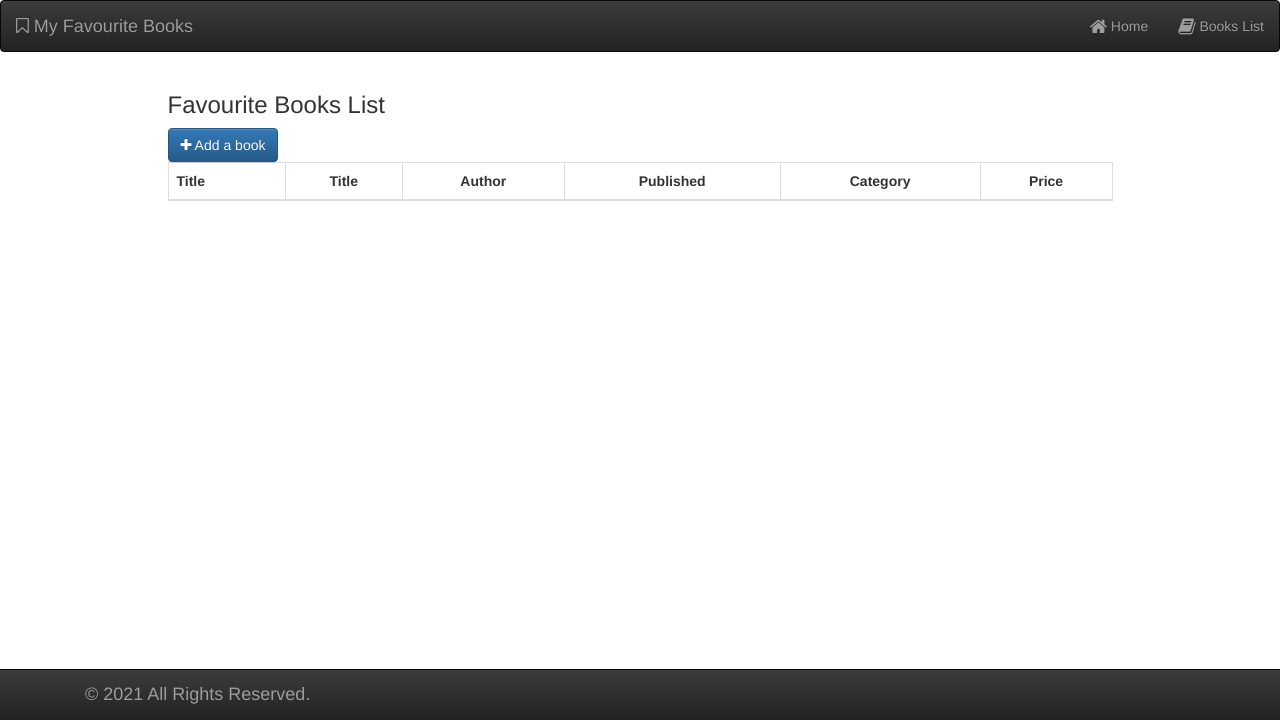
Repository: Ann8002/COMP229-F2021-MidTerm
Page: http://localhost/books
The author's editor kept a copy of each file at every save. The page is drawn from the files as they stood at one save, then again after the next save.
The browser window is 1280 px wide. The pictures show the whole page.
The page is served by the project's Node server (server.js). Other server files are loaded and not shown. Queries for data that is not in the repository find no rows.

Above is the page before, as saved 2021-10-28 01:29:40.

### server/views/books/index.ejs
<%- include('../partials/header.ejs'); %>

    <!-- MAIN CONTENT -->
    <div class="container">
      <div class="row">
        <div class="col-md-offset-1 col-md-10">
          <h3>Favourite Books List </h3>
          <!-- ------------------------ -->
          <!-- FIX THE ADD BUTTON BELOW -->
          <!-- ------------------------ -->
          <a href="" class="btn btn-primary"><i class="fa fa-plus"></i> Add a book</a>
          <br>
          <div class="table-responsive">
            <table class="table table-bordered table-striped table-hover">
              <thead>
                <tr>
                  <th>Title</th>
                  <th class="text-center">Title</th>
                  <th class="text-center">Author</th>
                  <th class="text-center">Published</th>
                  <th class="text-center">Category</th>
                  <th class="text-center">Price</th>
                </tr>
                </thead>
                <tbody>
                <!-- Template Row -->
                <% for (let count = 0; count < books.length; count++) { %>
                <tr>
                  <td><%= books[count].Title %></td>
                  <td class="text-center">$<%= books[count].Price %></td>
                  <td class="text-center"><%= books[count].Author %></td>
                  <td class="text-center"><%= books[count].Genre %></td>

                  <td class="text-center">
                    <!-- ------------------------ -->
                    <!-- ADD the EDIT BUTTON HERE -->
                    <!-- ------------------------ -->
                  </td>

                  <td class="text-center">
                    <!-- ------------------------ -->
                    <!-- ADD the DELETE BUTTON HERE -->
                    <!-- ------------------------ -->
                  </td>
                </tr>
                <% } %>
              </tbody>
            </table>
          </div>
           <div class="col-md-offset-1 col-md-10 text-center">
            <ul class="pagination pagination-lg pager" id="myPager"></ul>
          </div>
        </div>
      </div>
    </div>

<%- include('../partials/footer.ejs'); %>

### server/views/partials/header.ejs
<!DOCTYPE html>
<html lang="en">
  <head>
    <meta charset="utf-8">
    <meta name="viewport" content="width=device-width, initial-scale=1">
    <title><%= title %></title>
    <!-- CSS SECTION -->
    <link rel="stylesheet" href="/Scripts/lib/bootstrap/dist/css/bootstrap.min.css">
    <link rel="stylesheet" href="/Scripts/lib/bootstrap/dist/css/bootstrap-theme.min.css">
    <link rel="stylesheet" href="/Scripts/lib/font-awesome/css/font-awesome.min.css">
    <link rel='stylesheet' href='/Content/app.css' />
  </head>
  <body>

  <nav class="navbar navbar-inverse" role="navigation">
    <!-- Brand and toggle get grouped for better mobile display -->
    <div class="navbar-header">
      <button type="button" class="navbar-toggle" data-toggle="collapse" data-target=".navbar-ex1-collapse">
        <span class="sr-only">Toggle navigation</span>
        <span class="icon-bar"></span>
        <span class="icon-bar"></span>
        <span class="icon-bar"></span>
      </button>
      <a class="navbar-brand" href="/"><i class="fa fa-bookmark-o"></i> My Favourite Books</a>
    </div>

    <!-- Collect the nav links, forms, and other content for toggling -->
    <div class="collapse navbar-collapse navbar-ex1-collapse">
      <ul class="nav navbar-nav navbar-right">
        <% if(title == "Home") { %>
          <li class="active"><a href="/"><i class="fa fa-home fa-lg"></i> Home</a></li>
        <% } else { %>
          <li><a href="/"><i class="fa fa-home fa-lg"></i> Home</a></li>
        <% } %>

          <% if(title == "books") { %>
          <li class="active"><a href="/books"><i class="fa fa-book fa-lg">
          </i> Books List</a></li>
          <% } else { %>
            <li><a href="/books"><i class="fa fa-book fa-lg">
            </i> Books List</a></li>
          <% } %>

      </ul>
    </div><!-- /.navbar-collapse -->
  </nav>

### server/views/partials/footer.ejs

<nav class="navbar navbar-inverse navbar-fixed-bottom">
  <div class="container">
    <h4  class="navbar-text">&copy; 2021 All Rights Reserved.</h4>
  </div>
</nav>



<!-- JAVASCRIPT SECTION -->
    <script src="/Scripts/lib/jquery/dist/jquery.min.js"></script>
    <script src="/Scripts/lib/bootstrap/dist/js/bootstrap.min.js"></script>
    <script src="/Scripts/app.js"></script>
  </body>
</html>

### server.js
let app = require('./server/config/app');
let debug = require('debug')('comp308-w2019-midterm:server');
let http = require('http');

/**
 * Get port from environment and store in Express.
 */

let port = normalizePort(process.env.PORT || '3000');
app.set('port', port);

/**
 * Create HTTP server.
 */

let server = http.createServer(app);

/**
 * Listen on provided port, on all network interfaces.
 */

server.listen(port);
server.on('error', onError);
server.on('listening', onListening);

/**
 * Normalize a port into a number, string, or false.
 */

function normalizePort(val) {
  let port = parseInt(val, 10);

  if (isNaN(port)) {
    // named pipe
    return val;
  }

  if (port >= 0) {
    // port number
    return port;
  }

  return false;
}

/**
 * Event listener for HTTP server "error" event.
 */

function onError(error) {
  if (error.syscall !== 'listen') {
    throw error;
  }

  let bind = typeof port === 'string'
    ? 'Pipe ' + port
    : 'Port ' + port;

  // handle specific listen errors with friendly messages
  switch (error.code) {
    case 'EACCES':
      console.error(bind + ' requires elevated privileges');
      process.exit(1);
      break;
    case 'EADDRINUSE':
      console.error(bind + ' is already in use');
      process.exit(1);
      break;
    default:
      throw error;
  }
}

/**
 * Event listener for HTTP server "listening" event.
 */

function onListening() {
  let addr = server.address();
  let bind = typeof addr === 'string'
    ? 'pipe ' + addr
    : 'port ' + addr.port;
  debug('Listening on ' + bind);
}

### server/routes/books.js
// modules required for routing
let express = require('express');
let router = express.Router();
let mongoose = require('mongoose');

// define the book model
let book = require('../models/books');

/* GET books List page. READ */
router.get('/', (req, res, next) => {
  // find all books in the books collection
  book.find( (err, books) => {
    if (err) {
      return console.error(err);
    }
    else {
      res.render('books/index', {
        title: 'Books',
        books: books

      });
    }
  });

});

//  GET the Book Details page in order to add a new Book
router.get('/add', (req, res, next) => {

    /*****************
     * ADD CODE HERE *
     *****************/

});

// POST process the Book Details page and create a new Book - CREATE
router.post('/add', (req, res, next) => {

    /*****************
     * ADD CODE HERE *
     *****************/

});

// GET the Book Details page in order to edit an existing Book
router.get('/:id', (req, res, next) => {

    /*****************
     * ADD CODE HERE *
     *****************/
});

// POST - process the information passed from the details form and update the document
router.post('/:id', (req, res, next) => {

    /*****************
     * ADD CODE HERE *
     *****************/

});

// GET - process the delete by user id
router.get('/delete/:id', (req, res, next) => {

    /*****************
     * ADD CODE HERE *
     *****************/
});


module.exports = router;

### client/Scripts/app.js
/* custom JS goes here */

/* pagination code from http://www.bootply.com/lxa0FF9yhw */
$.fn.pageMe = function(opts){
    var $this = this,
        defaults = {
            perPage: 7,
            showPrevNext: false,
            hidePageNumbers: false
        },
        settings = $.extend(defaults, opts);

    var listElement = $this;
    var perPage = settings.perPage;
    var children = listElement.children();
    var pager = $('.pager');

    if (typeof settings.childSelector!="undefined") {
        children = listElement.find(settings.childSelector);
    }

    if (typeof settings.pagerSelector!="undefined") {
        pager = $(settings.pagerSelector);
    }

    var numItems = children.size();
    var numPages = Math.ceil(numItems/perPage);

    pager.data("curr",0);

    if (settings.showPrevNext){
        $('<li><a href="#" class="prev_link">«</a></li>').appendTo(pager);
    }

    var curr = 0;
    while(numPages > curr && (settings.hidePageNumbers==false)){
        $('<li><a href="#" class="page_link">'+(curr+1)+'</a></li>').appendTo(pager);
        curr++;
    }

    if (settings.showPrevNext){
        $('<li><a href="#" class="next_link">»</a></li>').appendTo(pager);
    }

    pager.find('.page_link:first').addClass('active');
    pager.find('.prev_link').hide();
    if (numPages<=1) {
        pager.find('.next_link').hide();
    }
  	pager.children().eq(1).addClass("active");

    children.hide();
    children.slice(0, perPage).show();

    pager.find('li .page_link').click(function(){
        var clickedPage = $(this).html().valueOf()-1;
        goTo(clickedPage,perPage);
        return false;
    });
    pager.find('li .prev_link').click(function(){
        previous();
        return false;
    });
    pager.find('li .next_link').click(function(){
        next();
        return false;
    });

    function previous(){
        var goToPage = parseInt(pager.data("curr")) - 1;
        goTo(goToPage);
    }

    function next(){
        goToPage = parseInt(pager.data("curr")) + 1;
        goTo(goToPage);
    }

    function goTo(page){
        var startAt = page * perPage,
            endOn = startAt + perPage;

        children.css('display','none').slice(startAt, endOn).show();

        if (page>=1) {
            pager.find('.prev_link').show();
        }
        else {
            pager.find('.prev_link').hide();
        }

        if (page<(numPages-1)) {
            pager.find('.next_link').show();
        }
        else {
            pager.find('.next_link').hide();
        }

        pager.data("curr",page);
      	pager.children().removeClass("active");
        pager.children().eq(page+1).addClass("active");

    }
};

// IIFE
(function(){
  $(".btn-danger").click(function(event){
    if(!confirm("Are you sure?")) {
      event.preventDefault();
      window.location.assign("/games");
    }
  });

 /* pagination code */
  $('#myTable').pageMe(
    {pagerSelector:'#myPager',showPrevNext:true,hidePageNumbers:false,perPage:6}
    );
})();

Loaded but not shown: client/Scripts/lib/bootstrap/dist/css/bootstrap.min.css (library); client/Scripts/lib/bootstrap/dist/css/bootstrap-theme.min.css (library); client/Scripts/lib/font-awesome/css/font-awesome.min.css (library); client/Content/app.css (common file); client/Scripts/lib/jquery/dist/jquery.min.js (library); client/Scripts/lib/bootstrap/dist/js/bootstrap.min.js (library)

After the next save:
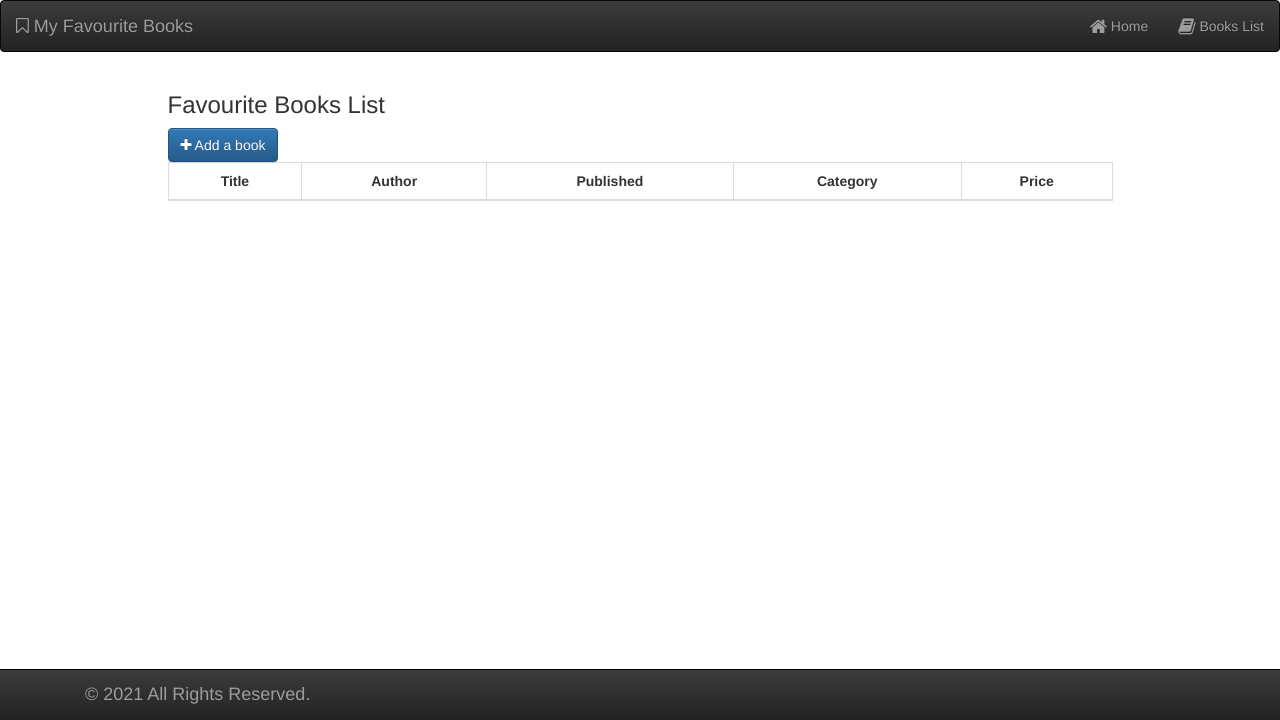
Saved 45 s later.
--- a/server/views/books/index.ejs
+++ b/server/views/books/index.ejs
@@ -14,7 +14,6 @@
             <table class="table table-bordered table-striped table-hover">
               <thead>
                 <tr>
-                  <th>Title</th>
                   <th class="text-center">Title</th>
                   <th class="text-center">Author</th>
                   <th class="text-center">Published</th>
